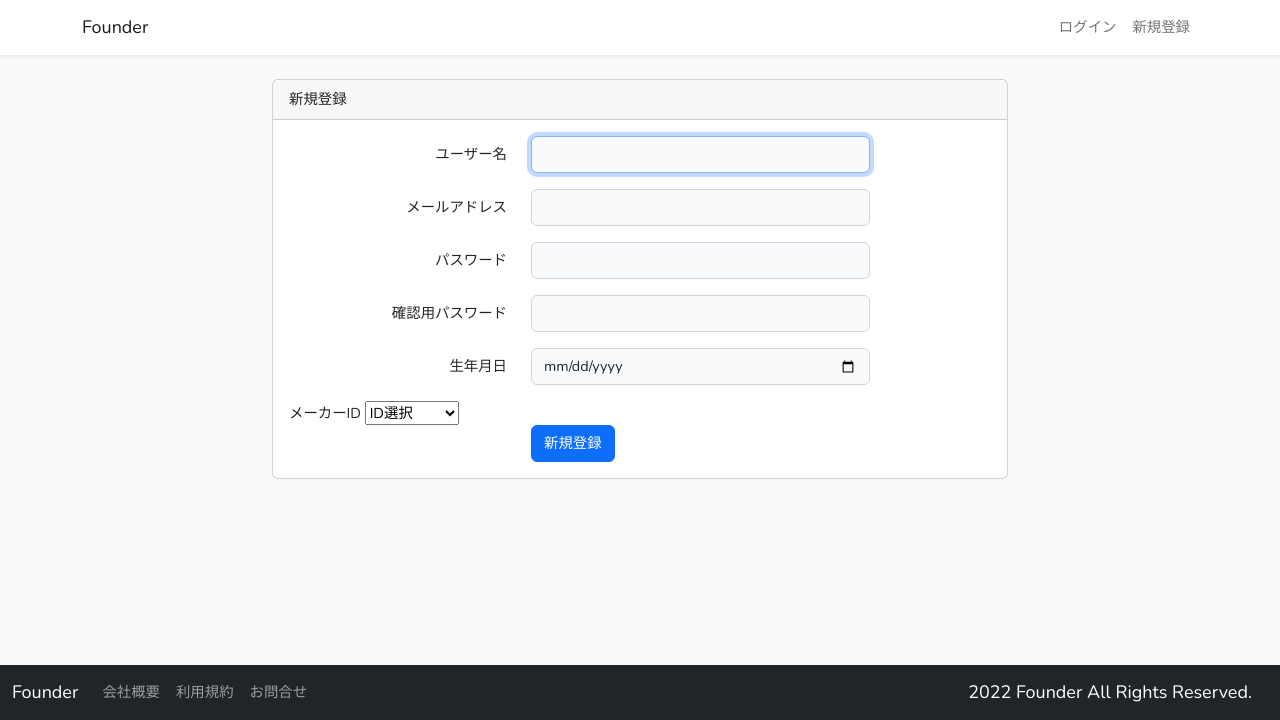
Repository: kazuro-yasuda/Founder_01
Page: http://localhost/register
The author's editor kept a record of every edit. The page is drawn from the files as they stood at one moment, then again after the next edit.
The browser window is 1280 px wide. The pictures show the whole page.
The page is served by the project's Laravel application, run on PHP 8.4 with Laravel 9. Other server files are loaded and not shown.

Above is the page before.
Console error: TypeError: Cannot set properties of null (setting 'onclick')

### cms/app/Providers/AppServiceProvider.php
<?php

namespace App\Providers;

use Illuminate\Support\ServiceProvider;
use Illuminate\Routing\UrlGenerator;//この行を追加

class AppServiceProvider extends ServiceProvider
{
    /**
     * Register any application services.
     *
     * @return void
     */
    public function register()
    {
        //
    }

    /**
     * Bootstrap any application services.
     *
     * @return void
     */
    public function boot(UrlGenerator $url)
    {
        $url->forceScheme('https');
    }
}

### cms/routes/web.php
<?php

use Illuminate\Support\Facades\Route;
use Illuminate\Http\Request;
use App\Http\Controllers\WelcomeFounderController;
use App\Http\Controllers\ItemsController;
use App\Http\Controllers\ItemController;
use App\Http\Controllers\ItemsAdminController;
use App\Http\Controllers\CompareController;
use App\Http\Controllers\MediumCategoryController;
use App\Http\Controllers\ImageController;
use App\Http\Controllers\ItemDetailController;



/*
|--------------------------------------------------------------------------
| Web Routes
|--------------------------------------------------------------------------
|
| Here is where you can register web routes for your application. These
| routes are loaded by the RouteServiceProvider within a group which
| contains the "web" middleware group. Now create something great!
|
*/
//[ ユーザー側の画面関係]

//トップページ表示
Route::get('/', [WelcomeFounderController::class, 'index']);

//中カテゴリーページ表示
Route::get('/categories',  [MediumCategoryController::class, 'index']);

//商品一覧ページ表示
Route::get('/items',   [ItemsController::class, 'index']);

// いいねボタン
 Route::post('/items/{item_id}', [ItemsController::class, 'nice']);

//商品詳細ページ表示
Route::get('/item/{id}', [ItemController::class, 'index']);


//「気になるボタン」uniteテーブル・中間テーブルに保存
Route::post('/compare/create', [CompareController::class, 'create']);

//「気になるボタン」比較ページ表示
Route::post('/compare/{item_unite_id}', [CompareController::class, 'intereste']);

//中間テーブルのデータをもとに比較画面表示
//Route::get('/compare/{unite_id}', [CompareController::class, 'index']);





//[ 管理者側の画面関係]
// ①商品の追加ダッシュボード表示(items_admin.blade.php)
 Route::get('/items_admin', [ItemsAdminController::class, 'index']);

 // ②商品を追加
 Route::post('/add_item', [ItemsAdminController::class, 'store']);


// //③商品更新処理
// Route::post('/@@@',[ItemsAdminController::class, 'update']);

// //④商品削除
// Route::delete('/@@@k/{@@@}',[ItemsAdminController::class, 'destroy']);


//画像アップロード画面表示
//Route::get('/image', [ImageController::class, 'index']);

//画像アップロード処理
//Route::post('/image/upload',[ImageController::class, 'upload']);




Auth::routes();

Route::get('/home', [App\Http\Controllers\HomeController::class, 'index'])->name('home');

### cms/resources/views/auth/register.blade.php
@extends('layouts.app')

@section('content')
<div class="container">
    <div class="row justify-content-center">
        <div class="col-md-8">
            <div class="card">
                <div class="card-header">{{ __('新規登録') }}</div>

                <div class="card-body">
                    <form method="POST" action="{{ route('register') }}">
                        @csrf

                         <!--会員種別-->
                        <!--<div class="row mb-3">-->
                        <!--    <label for="role_id" class="col-md-4 col-form-label text-md-end">{{ __('会員種別') }}</label>-->

                        <!--    <div class="col-md-6">-->
                        <!--        <input id="role_id" type="integer" class="form-control @error('role_id') is-invalid @enderror" name="role_id" value="{{ old('role_id') }}" required autocomplete="role_id" autofocus>-->

                        <!--        @error('role_id')-->
                        <!--            <span class="invalid-feedback" role="alert">-->
                        <!--                <strong>{{ $message }}</strong>-->
                        <!--            </span>-->
                        <!--        @enderror-->
                        <!--    </div>-->
                        <!--</div>-->

                        <!--ユーザー名-->
                        <div class="row mb-3">
                            <label for="name" class="col-md-4 col-form-label text-md-end">{{ __('ユーザー名') }}</label>

                            <div class="col-md-6">
                                <input id="name" type="string" class="form-control @error('name') is-invalid @enderror" name="name" value="{{ old('name') }}" required autocomplete="name" autofocus>

                                @error('name')
                                    <span class="invalid-feedback" role="alert">
                                        <strong>{{ $message }}</strong>
                                    </span>
                                @enderror
                            </div>
                        </div>



                        <!--メールアドレス-->
                        <div class="row mb-3">
                            <label for="email" class="col-md-4 col-form-label text-md-end">{{ __('メールアドレス') }}</label>

                            <div class="col-md-6">
                                <input id="email" type="string" class="form-control @error('email') is-invalid @enderror" name="email" value="{{ old('email') }}" required autocomplete="email">

                                @error('email')
                                    <span class="invalid-feedback" role="alert">
                                        <strong>{{ $message }}</strong>
                                    </span>
                                @enderror
                            </div>
                        </div>

                        <!--パスワード-->
                        <div class="row mb-3">
                            <label for="password" class="col-md-4 col-form-label text-md-end">{{ __('パスワード') }}</label>

                            <div class="col-md-6">
                                <input id="password" type="password" class="form-control @error('password') is-invalid @enderror" name="password" required autocomplete="new-password">

                                @error('password')
                                    <span class="invalid-feedback" role="alert">
                                        <strong>{{ $message }}</strong>
                                    </span>
                                @enderror
                            </div>
                        </div>

                         <!--確認用パスワード-->
                        <div class="row mb-3">
                            <label for="password-confirm" class="col-md-4 col-form-label text-md-end">{{ __('確認用パスワード') }}</label>

                            <div class="col-md-6">
                                <input id="password-confirm" type="string" class="form-control" name="password_confirmation" required autocomplete="new-password">
                            </div>
                        </div>


                         <!--性別-->
                        <!--<div class="row mb-3">-->
                        <!--    <label for="gender" class="col-md-4 col-form-label text-md-end">{{ __('性別') }}</label>-->

                        <!--    <div class="col-md-6">-->
                        <!--        <input id="gender" type="tinyint" class="form-control @error('gender') is-invalid @enderror" name="gender" value="{{ old('gender') }}" required autocomplete="gender" autofocus>-->

                        <!--        @error('gender')-->
                        <!--            <span class="invalid-feedback" role="alert">-->
                        <!--                <strong>{{ $message }}</strong>-->
                        <!--            </span>-->
                        <!--        @enderror-->
                        <!--    </div>-->
                        <!--</div>-->

                        <!--生年月日-->
                        <div class="row mb-3">
                            <label for="birthday" class="col-md-4 col-form-label text-md-end">{{ __('生年月日') }}</label>

                            <div class="col-md-6">
                                <input id="birthday" type="date" class="form-control @error('birthday') is-invalid @enderror" name="birthday" value="{{ old('birthday') }}" required autocomplete="birthday" autofocus>

                                @error('birthday')
                                    <span class="invalid-feedback" role="alert">
                                        <strong>{{ $message }}</strong>
                                    </span>
                                @enderror
                            </div>
                        </div>

                        <!-- メーカーID -->
            <div class="form-group">
                メーカーID
                <select type="integer" name="company_id"　class="form-select" aria-label="Default select example">
                  <option selected>ID選択</option>
                  <option value="1">１：＠＠＠</option>
                  <option value="2">２：＠＠＠</option>
                  <option value="3">３：＠＠＠</option>
                </select>
            </div>

                        <!--送信ボタン-->
                        <div class="row mb-0">
                            <div class="col-md-6 offset-md-4">
                                <button type="submit" class="btn btn-primary">
                                    {{ __('新規登録') }}
                                </button>
                            </div>
                        </div>
                    </form>
                </div>
            </div>
        </div>
    </div>
</div>
@endsection

### cms/resources/views/layouts/app.blade.php
<!doctype html>
<html lang="{{ str_replace('_', '-', app()->getLocale()) }}">
<head>
    <meta charset="utf-8">
    <meta name="viewport" content="width=device-width, initial-scale=1">

    <!-- CSRF Token -->
    <meta name="csrf-token" content="{{ csrf_token() }}">

    <title>{{ config('app.name', 'Laravel') }}</title>

    <!-- Scripts -->
    <script src="{{ asset('js/app.js') }}" defer></script>
    <script src="{{ asset('js/intereste_btn.js') }}" defer></script>

    <!-- Fonts -->
    <link rel="dns-prefetch" href="//fonts.gstatic.com">
    <link href="https://fonts.googleapis.com/css?family=Nunito" rel="stylesheet">

    <!-- Styles -->
    <link href="{{ asset('css/app.css') }}" rel="stylesheet">
    <link href="{{ asset('css/items_ranking.css') }}" rel="stylesheet">

</head>
<body>
    <div id="app">
        <nav class="navbar navbar-expand-md navbar-light bg-white shadow-sm">
            <div class="container">

                <a class="navbar-brand" href="{{ url('/categories') }}">
                    {{ config('app.name', 'Founder') }}
                </a>
                <button class="navbar-toggler" type="button" data-bs-toggle="collapse" data-bs-target="#navbarSupportedContent" aria-controls="navbarSupportedContent" aria-expanded="false" aria-label="{{ __('Toggle navigation') }}">
                    <span class="navbar-toggler-icon"></span>
                </button>

                <div class="collapse navbar-collapse" id="navbarSupportedContent">
                    <!-- Left Side Of Navbar -->
                    <ul class="navbar-nav me-auto">

                    </ul>

                    <!-- Right Side Of Navbar -->
                    <ul class="navbar-nav ms-auto">
                        <!-- Authentication Links -->
                        @guest
                            @if (Route::has('login'))
                                <li class="nav-item">
                                    <a class="nav-link" href="{{ route('login') }}">{{ __('ログイン') }}</a>
                                </li>
                            @endif

                            @if (Route::has('register'))
                                <li class="nav-item">
                                    <a class="nav-link" href="{{ route('register') }}">{{ __('新規登録') }}</a>
                                </li>
                            @endif
                        @else
                            <li class="nav-item dropdown">
                                <a id="navbarDropdown" class="nav-link dropdown-toggle" href="#" role="button" data-bs-toggle="dropdown" aria-haspopup="true" aria-expanded="false" v-pre>
                                    {{ Auth::user()->name }}
                                </a>

                                <div class="dropdown-menu dropdown-menu-end" aria-labelledby="navbarDropdown">
                                    <a class="dropdown-item" href="{{ route('logout') }}"
                                       onclick="event.preventDefault();
                                                     document.getElementById('logout-form').submit();">
                                        {{ __('Logout') }}
                                    </a>

                                    <form id="logout-form" action="{{ route('logout') }}" method="POST" class="d-none">
                                        @csrf
                                    </form>
                                </div>
                            </li>
                        @endguest
                    </ul>
                </div>
            </div>
        </nav>

        <main class="py-4">
            @yield('content')
        </main>
    </div>



    <!--フッター-->
  <nav class="navbar fixed-bottom navbar-expand-sm navbar-dark bg-dark">
  <div class="container-fluid">
    <a class="navbar-brand" href="/">Founder</a>
    <button class="navbar-toggler" type="button" data-bs-toggle="collapse" data-bs-target="#navbarCollapse" aria-controls="navbarCollapse" aria-expanded="false" aria-label="Toggle navigation">
      <span class="navbar-toggler-icon"></span>
    </button>
    <div class="collapse navbar-collapse" id="navbarCollapse">
      <ul class="navbar-nav">

        <li class="nav-item">
          <a class="nav-link" href="#">会社概要</a>
        </li>
            <li class="nav-item">
          <a class="nav-link" href="#">利用規約</a>
        </li>
            <li class="nav-item">
          <a class="nav-link" href="#">お問合せ</a>
        </li>

      </ul>
      <a class="navbar-brand ms-auto bd-highlight">2022 Founder All Rights Reserved.</a>

    </div>
  </div>
</nav>


    <!--bootstrap-->
    <script src="https://cdn.jsdelivr.net/npm/bootstrap@5.0.2/dist/js/bootstrap.bundle.min.js" integrity="sha384-MrcW6ZMFYlzcLA8Nl+NtUVF0sA7MsXsP1UyJoMp4YLEuNSfAP+JcXn/tWtIaxVXM" crossorigin="anonymous"></script>

</body>
</html>

### cms/public/js/intereste_btn.js
function onchange(){

    //　①チェックが入ったら気になるボタンのhiddenにitem_idが追加される

    var inputs = document.querySelectorAll('input[type=checkbox]');
    console.log(inputs);




    // document.getElementById("hidden_item").value = "item_id";
    // console.log("test");

  //  let item_id = '1,2,3,4,5';
 //   item_id.split(',')  // ['1', '2', '3']


    // 　②上記で取得した値(item_id)を、比較ボタンのhidden(items[])に追加する
  //  document.getElementById("compare_item").value= "item_id";



}

console.log("testtest");

var inputs = document.querySelectorAll('input[type=checkbox]');
document.getElementById('compare').onclick = function(){
     for(var i=0; i<inputs.length; i++) {
         if(inputs[i].checked){
             console
         }
         console.log(inputs[i].value) ;
     }
    // somethingChanged();
}

console.log(inputs);
console.log("testtest2");



// function onchange() {

//     let element;
//     if(document.getElementById("checkbox").checked) {

//   　　　  // チェックが入っていたら、「比較画面」への送信ボタンのdisabledを外す
//         element = document.getElementById("compare");
//         element.disabled = false;

//     }else {
//         // チェックが外れていたら、「比較画面」への送信ボタンにdisabledを付ける
//         element = document.getElementById("compare");
//         element.disabled = true;
//     }

// }

### cms/public/css/items_ranking.css

.ranking {
  counter-reset: rank;
  list-style: none
}

.ranking li {
  position: relative;
  float: left;
}

.ranking li:not(:last-child) {
  margin-bottom: 10px;
}

.ranking li::before { /* ラベルのスタイル */
  content: "";
  position: absolute;
  border-bottom: 100px solid transparent;
  border-left: 100px solid rgba(0,0,0,0.8);
}

.ranking li::after { /* 順位（文字）のスタイル */
  counter-increment: rank;
  content: counter(rank) " 位";
  position: absolute;
  top: 10px;
  left: 10px;
  font-size: 1.2em;
  color: #fff;
}

Loaded but not shown: cms/app/Http/Controllers/Auth/ConfirmPasswordController.php (common file); cms/app/Http/Controllers/Controller.php (common file); cms/app/Http/Controllers/Auth/RegisterController.php (common file); cms/public/css/app.css (library)

After the next edit:
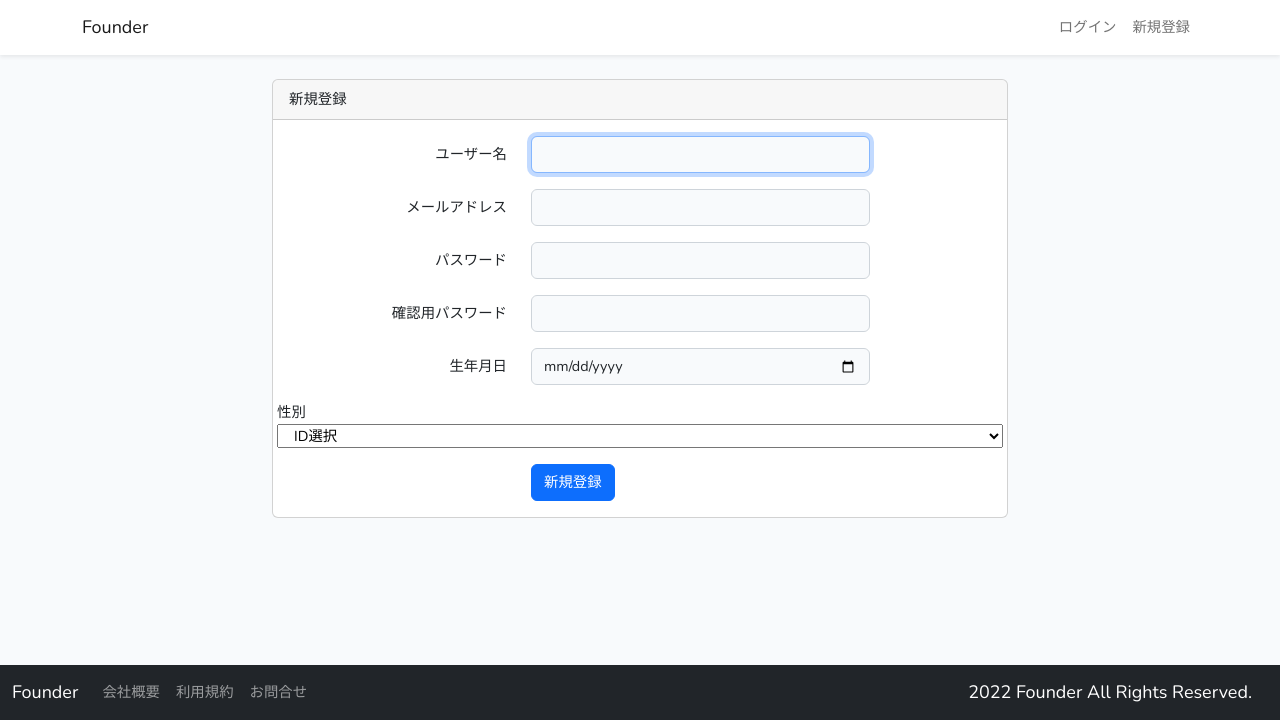
The edit:
--- a/cms/resources/views/auth/register.blade.php
+++ b/cms/resources/views/auth/register.blade.php
@@ -114,15 +114,15 @@
                         </div>
 
                         <!-- メーカーID -->
-            <div class="form-group">
-                メーカーID
-                <select type="integer" name="company_id"　class="form-select" aria-label="Default select example">
-                  <option selected>ID選択</option>
-                  <option value="1">１：＠＠＠</option>
-                  <option value="2">２：＠＠＠</option>
-                  <option value="3">３：＠＠＠</option>
-                </select>
-            </div>
+                        <div class="row mb-3">
+                            性別
+                            <select type="integer" name="company_id"　class="form-select" aria-label="Default select example">
+                              <option selected>ID選択</option>
+                              <option value="1">１：＠＠＠</option>
+                              <option value="2">２：＠＠＠</option>
+                              <option value="3">３：＠＠＠</option>
+                            </select>
+                        </div>
 
                         <!--送信ボタン-->
                         <div class="row mb-0">
